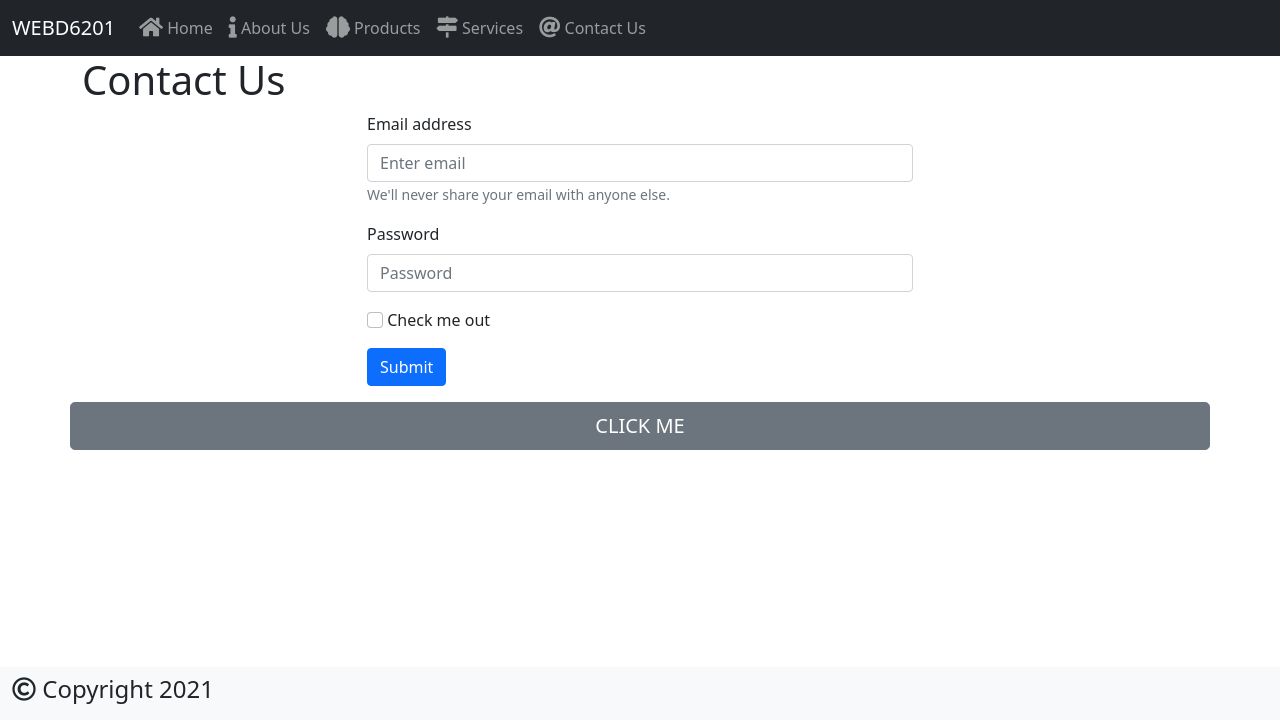
Repository: GarlicButterBoy/WEBD6201-Week1
Page: contact.html
These files come from the project's save history. The page is drawn as it stood at one moment and after the next save; the edit follows.
The browser window is 1280 px wide. The pictures show the whole page.

Above is the page before, as saved 2021-01-21 09:21:14.

After the next save:
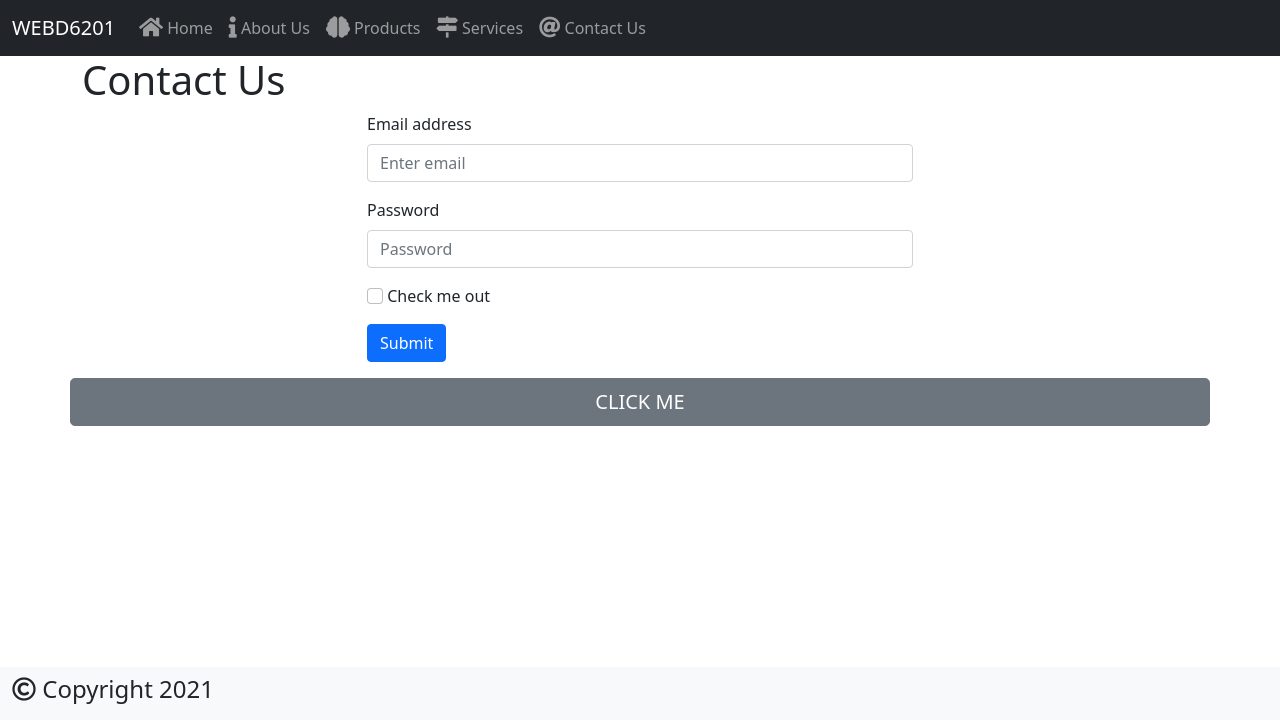
Saved 39 s later.
--- a/contact.html
+++ b/contact.html
@@ -65,7 +65,6 @@
           <div class="mb-3">
             <label for="exampleInputEmail1" class="form-label">Email address</label>
             <input type="email" class="form-control" id="exampleInputEmail1" aria-describedby="emailHelp" placeholder="Enter email">
-            <small id="emailHelp" class="form-text text-muted">We'll never share your email with anyone else.</small>
           </div>
 
           <div class="mb-3">
